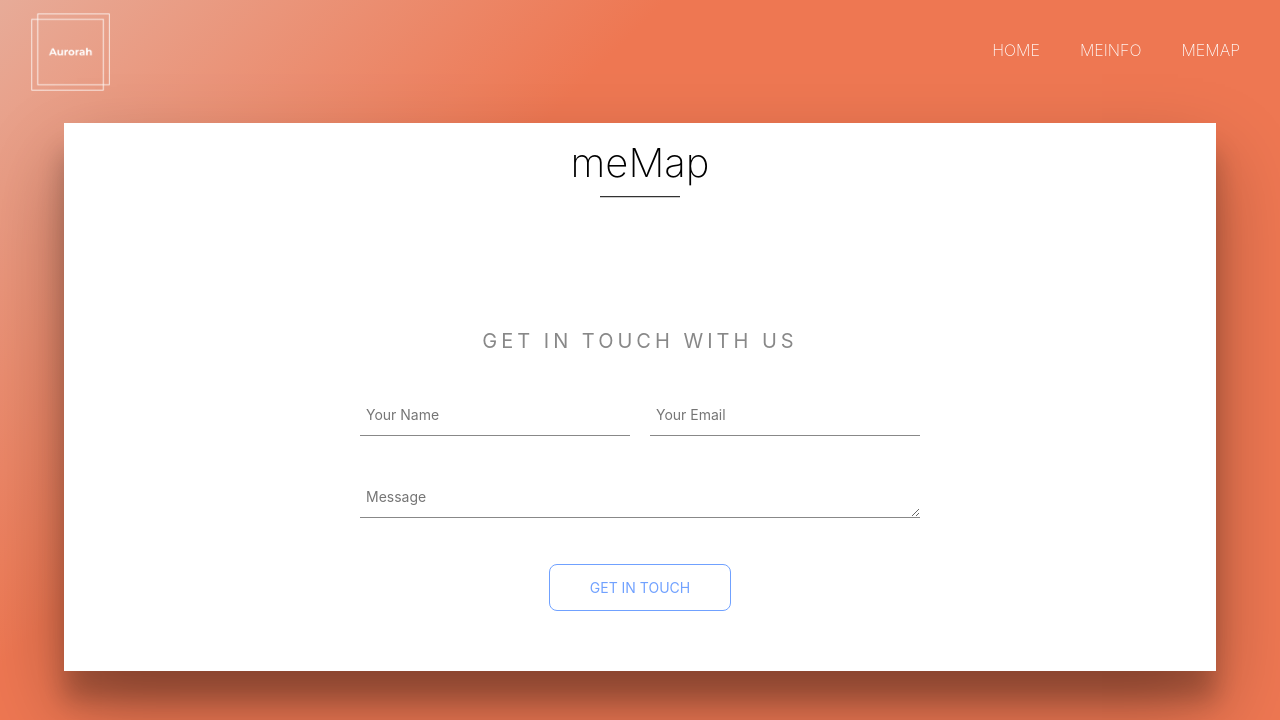
Repository: aasirvalji/saferMe
Page: /alt
The author's editor kept a copy of each file at every save. The page is drawn from the files as they stood at one save, then again after the next save.
The browser window is 1280 px wide. The pictures show the whole page.
The project was rebuilt for these pictures with package versions that can differ from the ones it lists, and the page was loaded fresh each time. Also part of the build but not shown: src/components/Landing.js, src/styles/Services.css, src/components/Services.js, src/styles/MapDisplay.css, src/mapStyles.js, src/components/MapDisplay.js, src/styles/AboutDisplay.css, src/components/AboutDisplay.js and 1 more.

Above is the page before, as saved 2020-02-15 11:50:32.

After the next save:
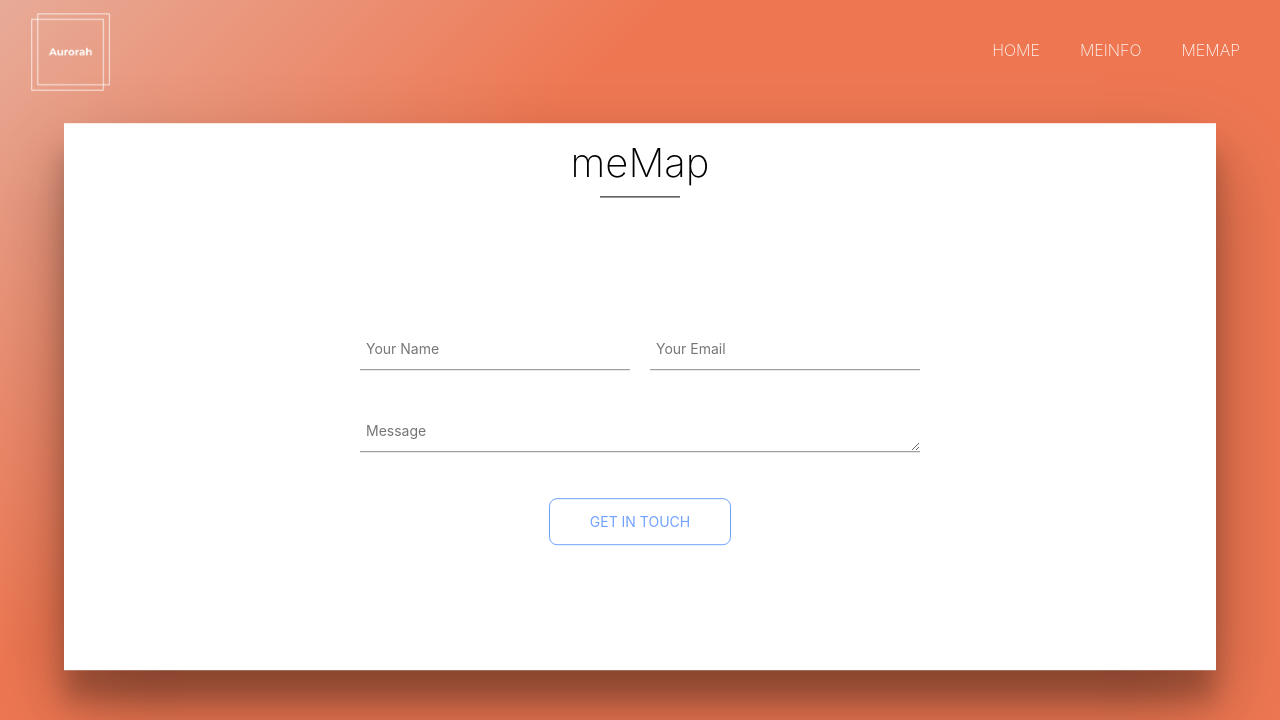
Saved 20 s later.
--- a/src/components/AltDisplay.js
+++ b/src/components/AltDisplay.js
@@ -37,7 +37,6 @@ render(){
 
 <div class="contact-section">
       <div class="inner-width">
-        <h1>Get in touch with us</h1>
         <input type="text" class="name" placeholder="Your Name"></input>
         <input type="email" class="email" placeholder="Your Email"></input>
         <textarea rows="1" placeholder="Message" class="message"></textarea>
